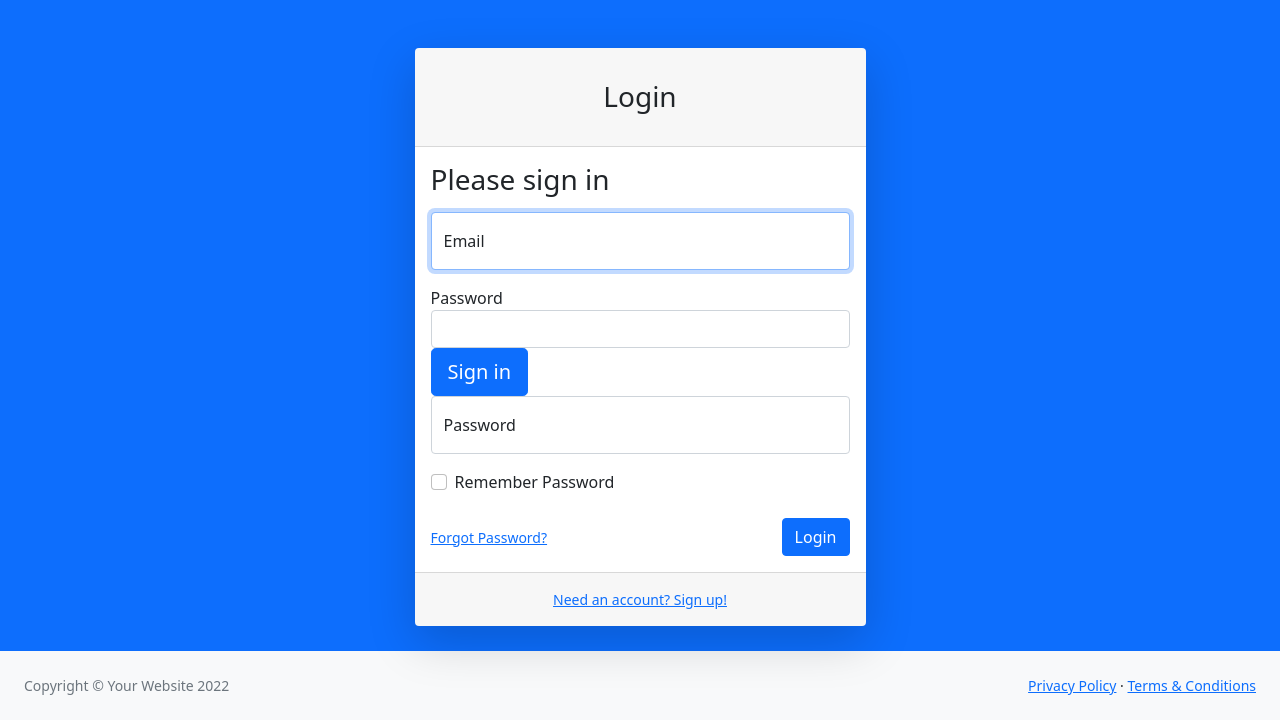
Repository: freddy1212/adulams
Page: templates/login.html.twig
An editor plug-in stored every save of this project. The page is shown before and after the next save, followed by the edit.
The browser window is 1280 px wide. The pictures show the whole page.
Some web libraries are served in a nearby version. The page is a Twig template of a Symfony application; nobody is signed in and links lead nowhere. The template is opened directly, without the code that normally fills it, so the values that code supplies are empty.

Above is the page before, as saved 2022-08-29 17:56:49.

After the next save:
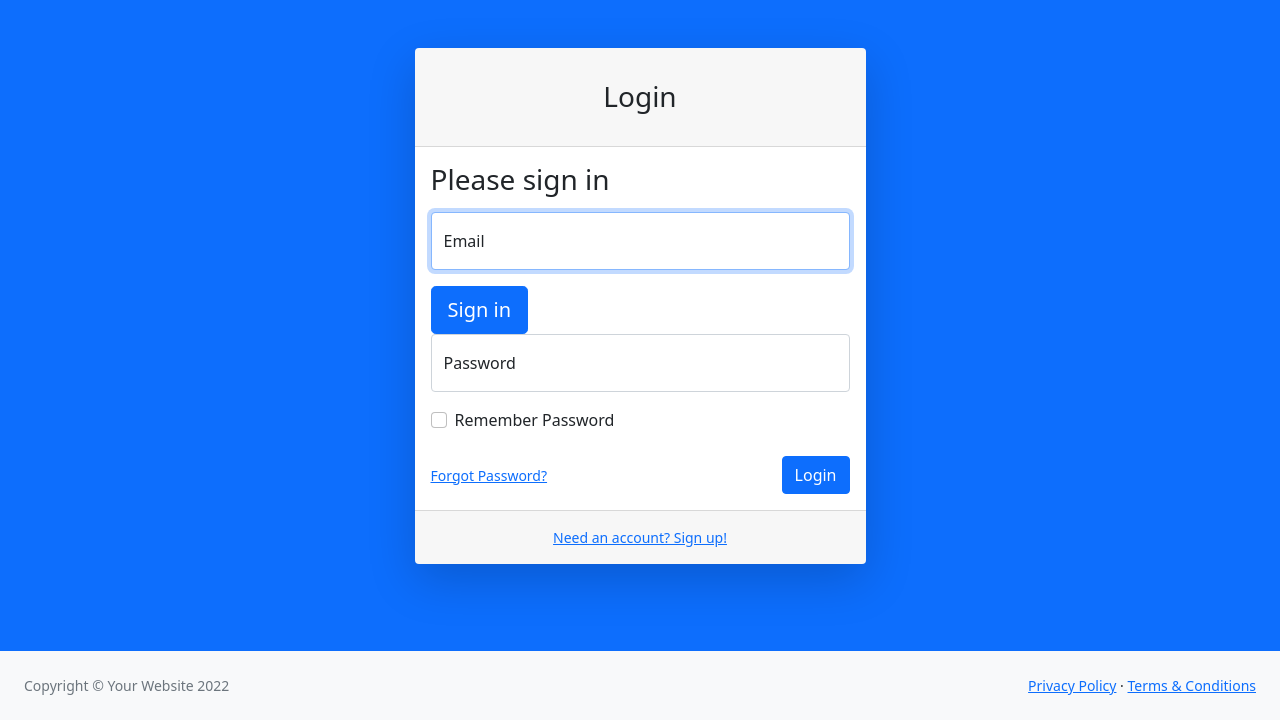
Saved 16 s later.
--- a/templates/login.html.twig
+++ b/templates/login.html.twig
@@ -41,8 +41,7 @@
                                                     <label for="inputEmail">Email</label>
                                                     <input type="email" value="{{ last_username }}" name="email" id="inputEmail" class="form-control" autocomplete="email" required autofocus>
                                                 </div>
-                                                <label for="inputPassword">Password</label>
-                                                <input type="password" name="password" id="inputPassword" class="form-control" autocomplete="current-password" required>
+
 
                                                 <input type="hidden" name="_csrf_token"
                                                        value="{{ csrf_token('authenticate') }}"
